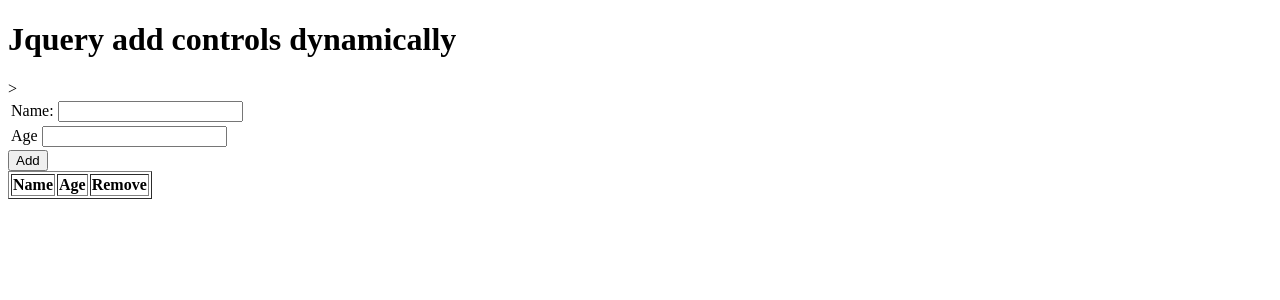
Repository: Padminivittal/Padmini-MWB
Page: MWB Day1/WebContent/lab4.html
An editor plug-in stored every save of this project. The page is shown before and after the next save, followed by the edit.
The browser window is 1280 px wide. The pictures show the whole page.

Above is the page before, as saved 2012-07-20 11:08:52.

After the next save:
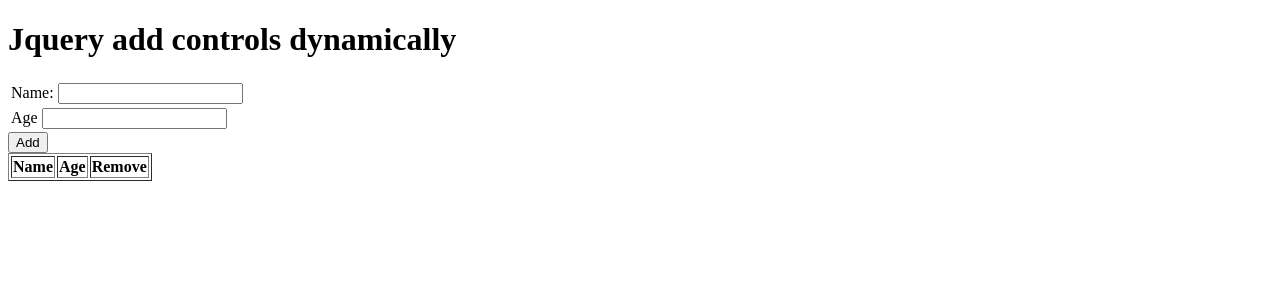
Saved 28 s later.
--- a/MWB Day1/WebContent/lab4.html
+++ b/MWB Day1/WebContent/lab4.html
@@ -40,7 +40,7 @@ background:lightblue;
 </head>
 <h1>Jquery add controls dynamically</h1>
 <body>
-<table><tr>><td>
+<table><tr><td width="30%">
 <label for="name">Name:</label>
 <input type="text"  id="name"/>
 <br>
